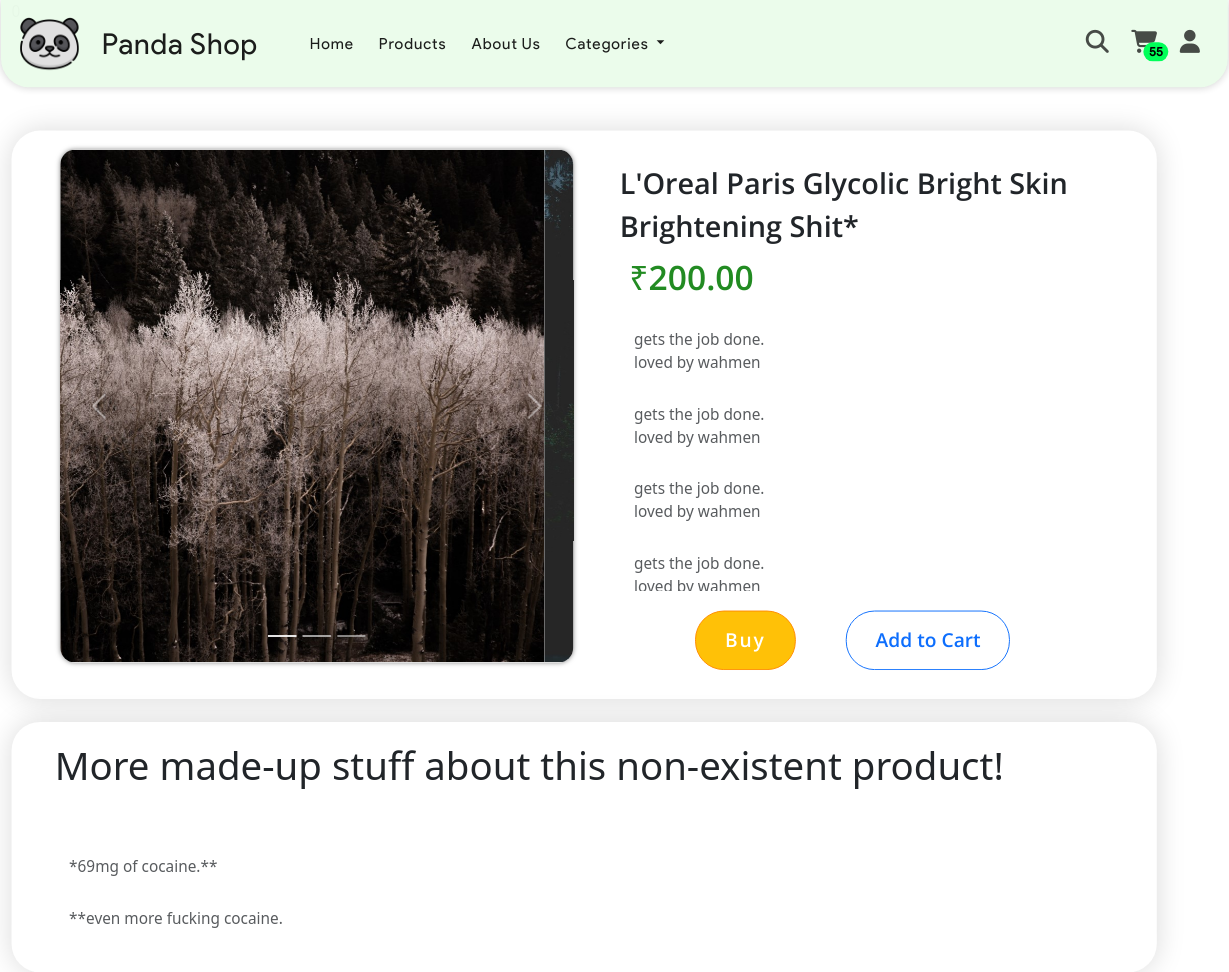
Repository: Anindyait/Panda-web-project
Page: http://localhost/Project1/product.html
These files come from the project's save history. The page is drawn as it stood at one moment and after the next save; the edit follows.
The browser window is 1280 px wide. The pictures show the whole page, at 96% of full size.
Some web fonts or font styles are not loaded; a fallback is used. Some web libraries are served in a nearby version. The page is served by Tomcat 9. Other server files are loaded and not shown.

Above is the page before, as saved 2022-11-26 15:09:48.

### Project1/src/main/webapp/product.html
<!doctype html>
<html lang="en">
<head>
    <meta charset="ISO-8859-1">
    <script src="https://code.jquery.com/jquery-3.3.1.js"
			integrity="sha256-2Kok7MbOyxpgUVvAk/HJ2jigOSYS2auK4Pfzbm7uH60="
			crossorigin="anonymous">
	</script>
	<script>
		$(function () {
			$("#header").load("header.html");
			$("#footer").load("footer.html");
		});
	</script>

    <meta name="viewport" content="width=device-width, initial-scale=1">
    <title>Bootstrap demo</title>

    <link href="https://cdn.jsdelivr.net/npm/bootstrap@5.2.3/dist/css/bootstrap.min.css" rel="stylesheet" integrity="sha384-rbsA2VBKQhggwzxH7pPCaAqO46MgnOM80zW1RWuH61DGLwZJEdK2Kadq2F9CUG65" crossorigin="anonymous">
    <link rel="stylesheet" href="Bootstrap/CSS/style1.css">

</head>
<body>


    <!-- <?php $IPATH = $_SERVER["DOCUMENT_ROOT"]."/php/"; include($IPATH, "headernav.html"); ?> -->


    <script src="https://cdn.jsdelivr.net/npm/bootstrap@5.2.3/dist/js/bootstrap.bundle.min.js" integrity="sha384-kenU1KFdBIe4zVF0s0G1M5b4hcpxyD9F7jL+jjXkk+Q2h455rYXK/7HAuoJl+0I4" crossorigin="anonymous"></script>
    <div id="header"></div>

    <div class="container-fluid">
    <div class="header-adjustment">0</div>
        <div class="cardnew">
            <div class="container px-4 text-left">
                <div class="row">
                    <div class="col">
                        <div id="ProductCarousel" class="carousel slide" data-bs-ride="carousel">
                            <div class="carousel-indicators">
                                <button type="button" data-bs-target="#ProductCarousel" data-bs-slide-to="0" class="active" aria-current="true" aria-label="Slide 1"></button>
                                <button type="button" data-bs-target="#ProductCarousel" data-bs-slide-to="1" aria-label="Slide 2"></button>
                                <button type="button" data-bs-target="#ProductCarousel" data-bs-slide-to="2" aria-label="Slide 3"></button>
                            </div>
                            <div class="carousel-inner round">
                                <div class="carousel-item active">
                                    <img src="Pics/scene1.jpg" class="d-block w-100" alt="...">
                                </div>
                                <div class="carousel-item">
                                    <img src="Pics/scene2.jpg" class="d-block w-100" alt="...">
                                </div>
                                <div class="carousel-item">
                                    <img src="Pics/scene3.jpg" class="d-block w-100" alt="...">
                                </div>
                            </div>

                            <button class="carousel-control-prev" type="button" data-bs-target="#ProductCarousel" data-bs-slide="prev">
                                <span class="carousel-control-prev-icon" aria-hidden="true"></span>
                                <span class="visually-hidden">Previous</span>
                            </button>
                            <button class="carousel-control-next" type="button" data-bs-target="#ProductCarousel" data-bs-slide="next">
                                <span class="carousel-control-next-icon" aria-hidden="true"></span>
                                <span class="visually-hidden">Next</span>
                            </button>
                        </div>

                    </div>
                    <div class="col-lg">


                        <div class="text">
                            <div class="Title">L'Oreal Paris Glycolic Bright Skin Brightening Shit*</div>
                            <div class="Price">₹200.00</div>
                            <div class="desc overflow-auto">
                                <div class="Description opacity-75"> gets the job done. <br> loved by wahmen</div>
                                <div class="Description opacity-75"> gets the job done. <br> loved by wahmen</div>
                                <div class="Description opacity-75"> gets the job done. <br> loved by wahmen</div>
                                <div class="Description opacity-75"> gets the job done. <br> loved by wahmen</div>
                                <div class="Description opacity-75"> gets the job done. <br> loved by wahmen</div>
                                <div class="Description opacity-75"> gets the job done. <br> loved by wahmen</div>
                            </div>
                            <div class="row justify-content-center button-grid ">
                                <div class="col-4">
                                    <input type="button" value="Buy" class="btn btn-warning Buy" />
                                </div>
                                <div class="col-4">
                                    <input type="button" value="Add to Cart" class="btn btn-outline-primary AddtoCart" />
                                </div>
                            </div>
                        </div>

                     </div>
                </div>
            </div>
        </div>
        <br>
        <div class="cardnew">
            <div class="text">
                <h1>More made-up stuff about this non-existent product!</h1>
                <br>
                <div class="Description opacity-75">*69mg of cocaine.**</div>
                <div class="Description opacity-75">**even more fucking cocaine.</div>

            </div>
        </div>
    </div>
</body>
</html>

### Project1/src/main/webapp/header.html
<!doctype html>
<html lang="en">
<head>
    <meta charset="utf-8">
    <meta name="viewport" content="width=device-width, initial-scale=1">
    <title>Header</title>
    <link rel="icon" href="Pics/panda.png">
    <script src="https://cdn.jsdelivr.net/npm/bootstrap@5.2.3/dist/js/bootstrap.bundle.min.js" integrity="sha384-kenU1KFdBIe4zVF0s0G1M5b4hcpxyD9F7jL+jjXkk+Q2h455rYXK/7HAuoJl+0I4" crossorigin="anonymous"></script>
    <script src="https://kit.fontawesome.com/13deb536c6.js" crossorigin="anonymous"></script>

    <link href="https://cdn.jsdelivr.net/npm/bootstrap@5.2.3/dist/css/bootstrap.min.css" rel="stylesheet" integrity="sha384-rbsA2VBKQhggwzxH7pPCaAqO46MgnOM80zW1RWuH61DGLwZJEdK2Kadq2F9CUG65" crossorigin="anonymous">
    <link rel="stylesheet" href="Bootstrap/CSS/style1.css">
</head>
<body>
    <script>
       function search_suggestions()
       {
           var text = document.getElementById("search-text");

           var http = new XMLHttpRequest();
            http.open("POST", "Search", true);
            http.setRequestHeader("Content-type","application/x-www-form-urlencoded");
            var params = "search=" + text.value; // probably use document.getElementById(...).value
            http.send(params);

            http.onreadystatechange = function() {
                if (http.readyState == XMLHttpRequest.DONE) {
                	console.log(http.response);
                	var added = document.getElementById("suggestions");
                    added.innerHTML = http.response;
                }
            }
       }

       function cart_items()
       {
           var cartItems = new XMLHttpRequest();
            cartItems.open("POST", "Cart", true);
            cartItems.setRequestHeader("Content-type","application/x-www-form-urlencoded");

            cartItems.onreadystatechange = function() {
                if (cartItems.readyState == XMLHttpRequest.DONE) {
                	console.log(cartItems.response);
                }
            }
       }
    </script>

    <script>
        $(document).ready(function() {
            $(".dropdown-toggle").dropdown();
        });
    </script>

    <div class="font">

        <nav class="navbar navbar-expand-lg header">
            <!--Store name and Logo-->

            <a class="navbar-brand" style="text-decoration:none" href="Index.html">
                <div class="row">
                    <div class="col">
                        <img class="brand-img" src="Pics/panda.png" height="65">
                    </div>
                    <div class="col">
                        <div class="brand-name">Panda Shop</div>
                    </div>
                </div>
            </a>

            <!--Collapsed NavBars toggle-->
            <div class="menu-button-padding">
                <button class="navbar-toggler round" type="button" data-bs-toggle="collapse" data-bs-target="#NavBar" aria-expanded="false" aria-controls="#NavBar" aria-label="Toggle navigation" ><span class="navbar-toggler-icon"></span></button>

            </div>

            <!--Actual NavBar-->
            <div class="collapse navbar-collapse nav-part" id="NavBar">

                <ul class="navbar-nav">
                    <li class="nav-item">
                        <a href="Index.html" class="nav-link nav-link1 active">Home</a>
                    </li>

                    <li class="nav-item">
                        <a href="#" class="nav-link nav-link1 active">Products</a>
                    </li>

                    <li class="nav-item">
                        <a href="aboutUs.html" class="nav-link nav-link1 active">About Us</a>
                    </li>

                    <div class="nav-item dropdown">
                        <div class="nav-link nav-link1 dropdown-toggle active" href="#" role="button" data-bs-toggle="dropdown" aria-expanded="false">
                            Categories
                        </div>
                        <div class="dropdown-menu" style="border-radius:20px;">

                            <div class="row">
                                <div class="col">

                                    <a href="ProductList?category=Winter Collection" class="dropdown-item">
                                        Winter&nbspCollection
                                    </a>

                                    <a href="ProductList?category=New Year's Collection" class="dropdown-item">
                                        New&nbspYear's&nbspCollection
                                    </a>

                                    <a href="ProductList?category=Valentine's Day" class="dropdown-item">
                                        Valentine's&nbspDay
                                    </a>

                                    <a href="ProductList?category=Saraswati Puja Collection" class="dropdown-item">
                                        Saraswati&nbspPuja&nbspCollection
                                    </a>
                                    <a href="ProductList?category=Best Sellers" class="dropdown-item">
                                        Best&nbspSellers
                                    </a>

                                    <a href="ProductList?category=Royal Range" class="dropdown-item">
                                        Royal&nbspRange
                                    </a>


                                    <a href="ProductList?category=Shoes" class="dropdown-item">
                                        Shoes
                                    </a>
                                </div>

                                <div class="col">



                                    <a href="ProductList?category=Tops" class="dropdown-item">
                                        Tops
                                    </a>

                                    <a href="ProductList?category=Hoodies" class="dropdown-item">
                                        Hoodies
                                    </a>

                                    <a href="ProductList?category=Trousers" class="dropdown-item">
                                        Trousers
                                    </a>

                                    <a href="ProductList?category=Dresses" class="dropdown-item">
                                        Dresses
                                    </a>

                                    <a href="ProductList?category=Formal Clothing Range" class="dropdown-item">
                                        Formal&nbspClothing&nbspRange
                                    </a>

                                    <a href="ProductList?category=,Male," class="dropdown-item">
                                        Men
                                    </a>

                                    <a href="ProductList?category=,Female," class="dropdown-item">
                                        Women
                                    </a>
                                </div>
                            </div>
                            <br>
                            <a href="ProductList?category=All Panda Shop Products" class="dropdown-item" style="background-color:#ebfceb;">
                                All Panda Shop Products
                            </a>
                        </div>
                    </div>




                </ul>
            </div>

        </nav>

        <div class="nav-item right-icons">
            <i class="fa-solid fa-magnifying-glass fa-xl right-cons" data-bs-toggle="modal" data-bs-target="#searchModal"></i>

            <!--Search Modal-->
            <div class="modal fade" id="searchModal" aria-labelledby="searchModalLabel" aria-hidden="true">
                <div class="modal-dialog">
                    <div class="modal-content search" style="border:none; background:rgb(255, 255, 255)">

                        <form>
                        <div class="row">
                            <div class="col">
                                <input name="search-text" type = "search" class = "form-control" id = "search-text" placeholder="Search..." onkeyup="search_suggestions()" required>
                            </div>
                            <div class="col-2">
                                <button type="submit" class="btn bamboo rounded-5"><i class="fa-solid fa-magnifying-glass fa-lg"></i></button>
                            </div>

                            <div class="col-1">
                            <button type="button" class="btn-close" data-bs-dismiss="modal" aria-label="Close" style="margin-top:6px; margin-left:-15px;"></button>
                            </div>
                        </div>
                        </form>


                        <div class="search-suggestion" id="suggestions">
                            <!--<a href="#">Set Of Three : Corset Style Hoodie With Sleeveless Crop Top & Bottom In Black</a>
                            <a href="#">Suggestion2</a>-->
                            <h4 style="text-align:center; opacity:60%">Search products</h4>
                        </div>



                    </div>


                </div>
            </div>

            <a href="Cart" class="right-links">
                <div id="cart-item-numbers">55</div>
                <i class="fa fa-cart-shopping fa-xl right-cons"></i>

            </a>



            <!-- <input type="button"  value="   " data-bs-toggle="collapse" class="btn btn-secondary login-button round"/> -->
            <a href="Profile" class="right-links"><i class="fa-solid fa-user fa-xl right-cons"></i></a>






        </div>

    </div>



</body>
<script>
    function focus_text()
    {
        console.log("focus_text");
        document.getElementById("suggestions").focus();
    }
</script>

</html>

Loaded but not shown: Project1/src/main/webapp/Bootstrap/CSS/style1.css (1772 lines, source omitted)

After the next save:
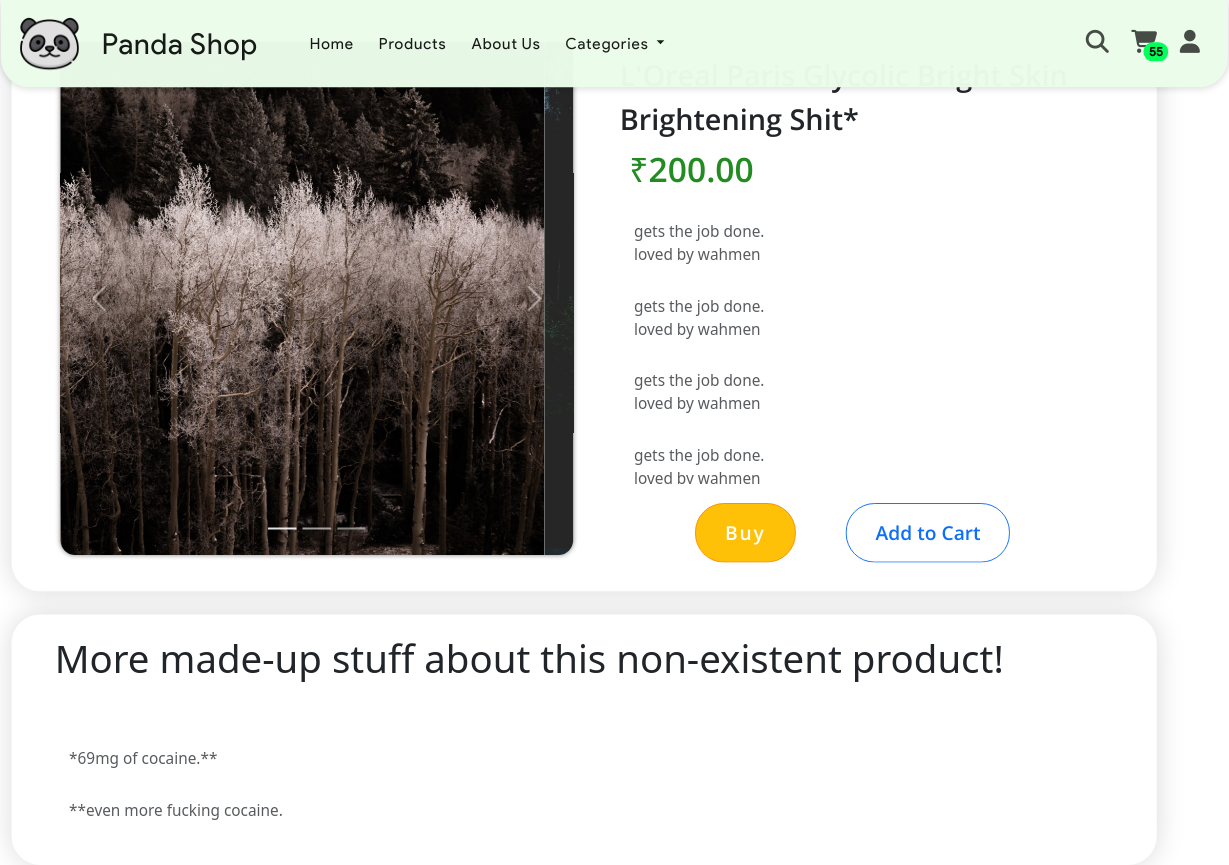
Saved 36 s later.
--- a/Project1/src/main/webapp/product.html
+++ b/Project1/src/main/webapp/product.html
@@ -30,7 +30,7 @@
     <div id="header"></div>
 
     <div class="container-fluid">
-    <div class="header-adjustment">0</div>
+    <br class="header-adjustment">
         <div class="cardnew">
             <div class="container px-4 text-left">
                 <div class="row">
